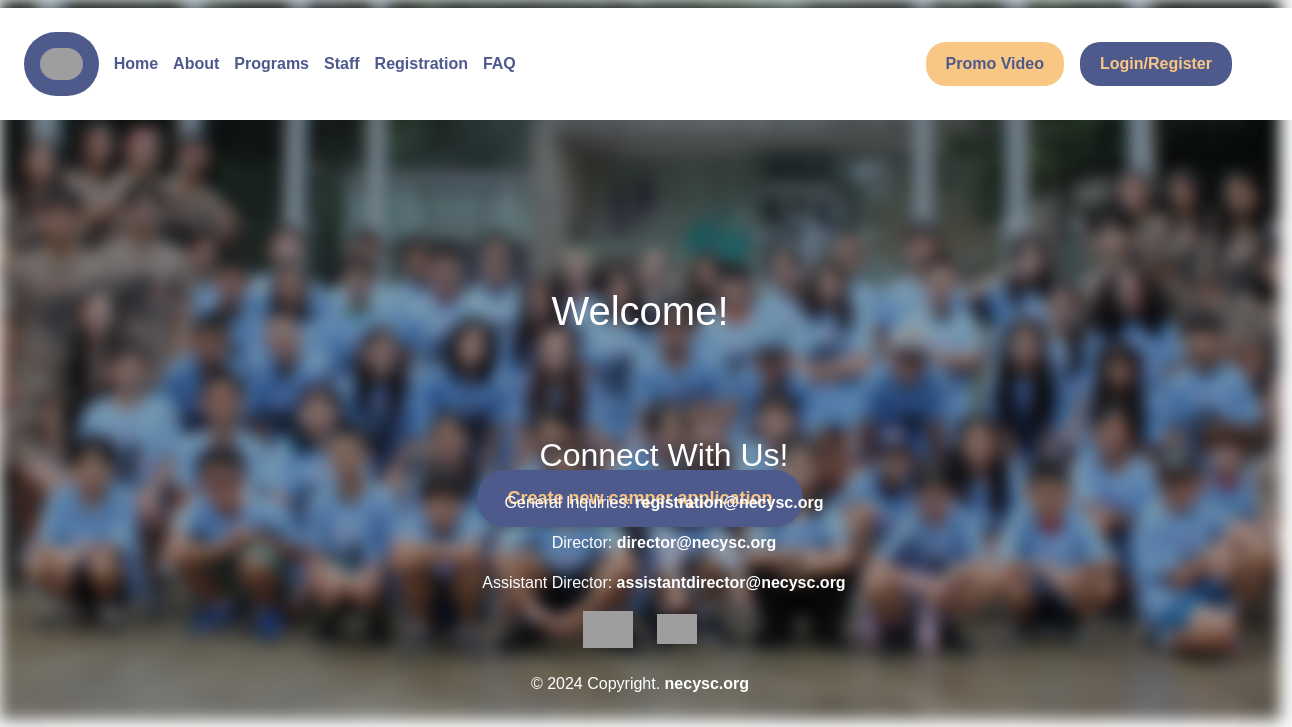
Repository: fullstackatbrown/project-necysc
Page: necysc_app/templates/necysc_app/applicant/index.html
The author's editor kept a copy of each file at every save. The page is drawn from the files as they stood at one save, then again after a run of saves.
The browser window is 1280 px wide. The page is 1292 px wide, so the pictures cover 1292 px, including what lies to the right of the window. The pictures show the whole page.
Pictures or frames that could not be fetched are drawn as grey boxes. Some web fonts or font styles are not loaded; a fallback is used. The template is drawn by Django 5.2. The application's start-up code is not run. The template is opened directly, without the code that normally fills it, so the values that code supplies are empty.

Above is the page before, as saved 2024-12-04 01:59:55.

After the next 2 saves:
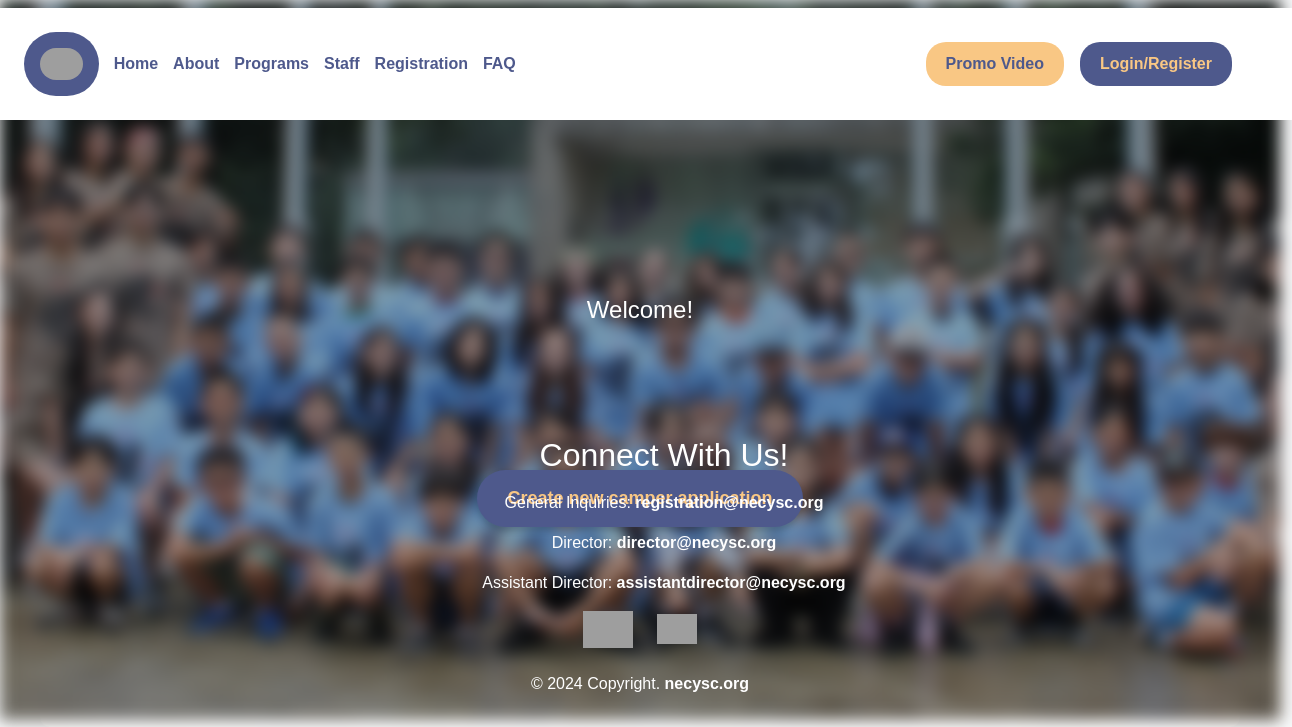
The 2 saves are shown as one change because they came seconds apart.
The last was saved 13 s later.
--- a/necysc_app/templates/necysc_app/applicant/index.html
+++ b/necysc_app/templates/necysc_app/applicant/index.html
@@ -55,7 +55,7 @@
 
     <div class="content-container">
 
-    <h1 class="welcome-title">Welcome!</h1>
+    <h4 class="welcome-title">Welcome!</h4>
 </div>
 {% if applications %}
     <div class="container mb-4">
